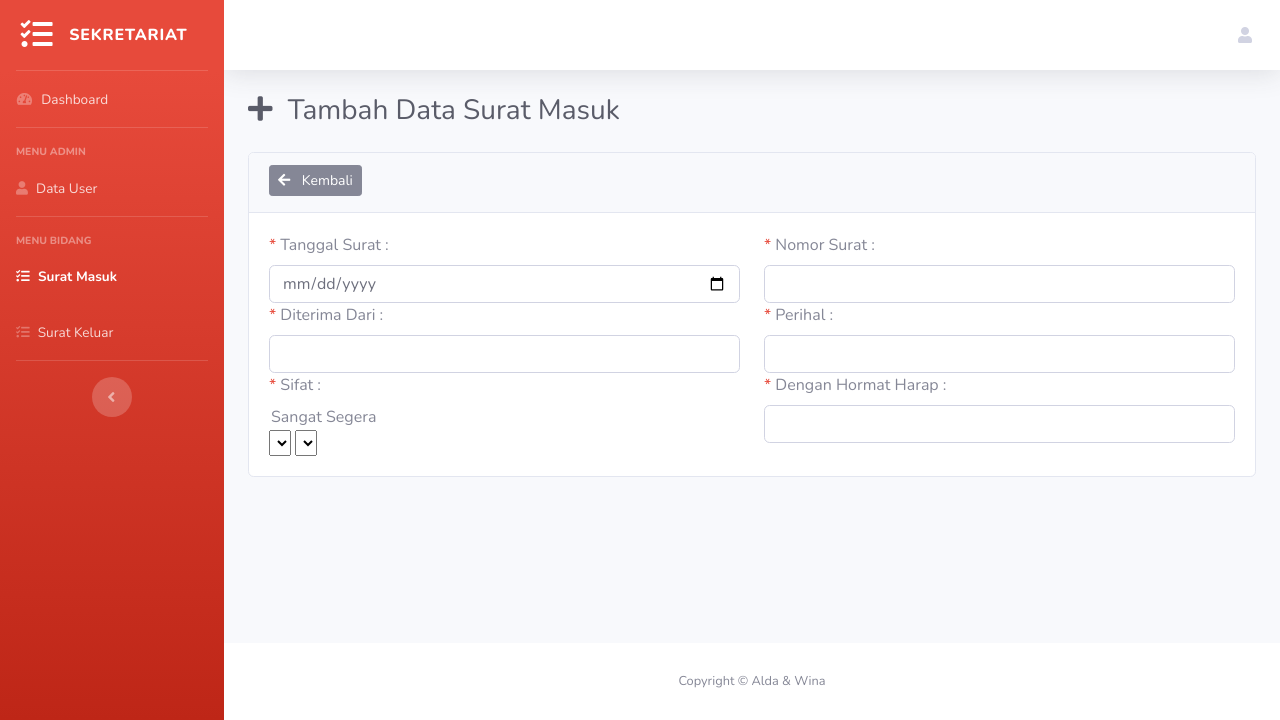
Repository: aldasamrotulfuadah/projek-PKL
Page: http://localhost/suratmasuk/create
The author's editor kept a copy of each file at every save. The page is drawn from the files as they stood at one save, then again after a run of saves.
The browser window is 1280 px wide. The pictures show the whole page.
The page is served by the project's Laravel application, run on PHP 8.4 with Laravel 12. A made-up administrator, Test User (test@example.com), is signed in.

Above is the page before, as saved 2026-03-12 11:11:29.

After the next 2 saves:
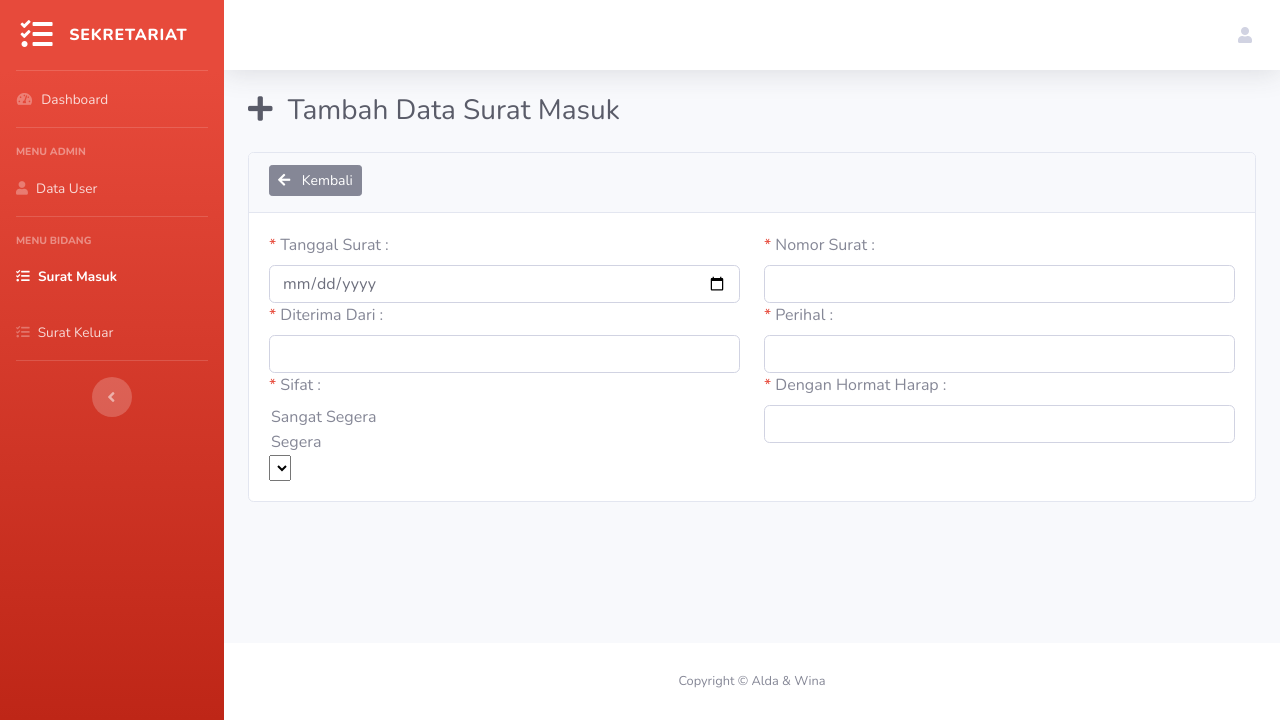
The 2 saves are shown as one change because they came seconds apart.
The last was saved 8 s later.
--- a/resources/views/suratm/create.blade.php
+++ b/resources/views/suratm/create.blade.php
@@ -57,7 +57,7 @@
                         Sifat :
                     </label>
                   <option value="Sangat_Segera">Sangat Segera</option>
-                  <select value="Segera">Segera</select>
+                  <option value="Segera">Segera</option>
                   <select value="Rahasia">Rahasia</select>
                 </div>
                 <div class="col-6">
